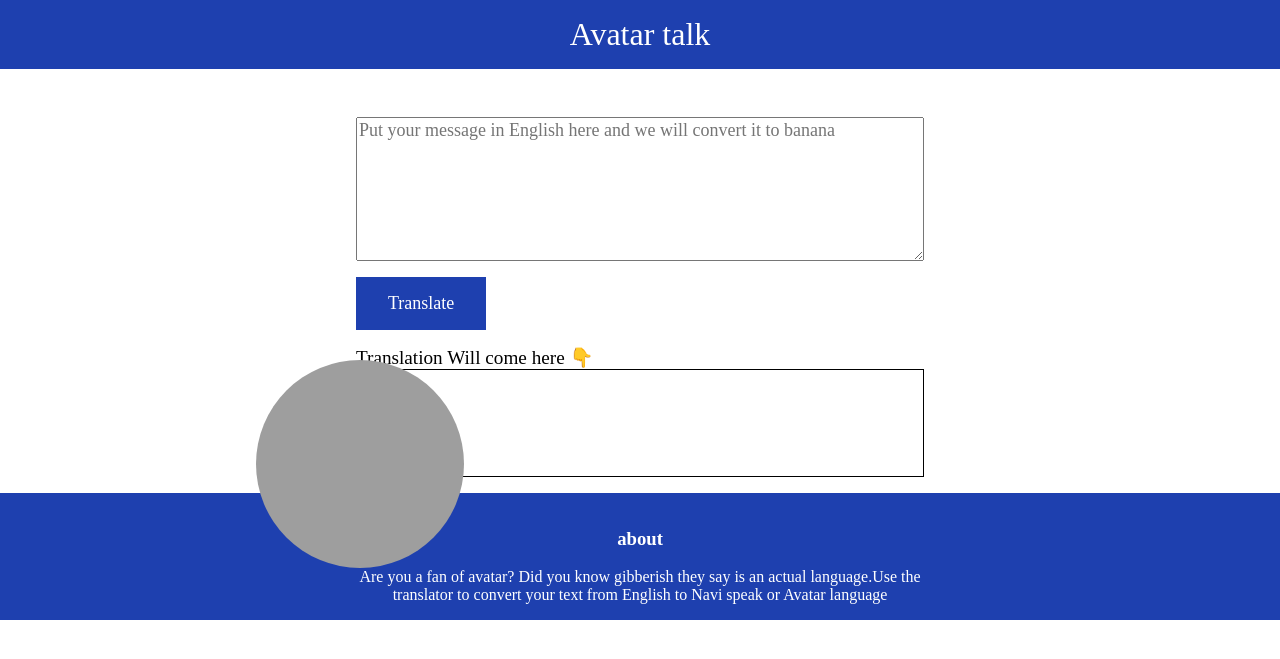
Repository: sohan2503001/Avator-speak
Page: index.html
The author's editor kept a copy of each file at every save. The page is drawn from the files as they stood at one save, then again after a run of saves.
The browser window is 1280 px wide. The pictures show the whole page.
Pictures or frames that could not be fetched are drawn as grey boxes.

Above is the page before, as saved 2021-04-21 13:27:01.

### index.html
<!DOCTYPE html>
<html lang="en">

<head>
    <meta charset="UTF-8">
    <meta http-equiv="X-UA-Compatible" content="IE=edge">
    <meta name="viewport" content="width=device-width, initial-scale=1.0">
    <title>Avatar Speak</title>
    <link rel="stylesheet" href="style.css">
</head>

<body>
    <nav>
        <div class="head">Avatar talk</div>
    </nav>

    <main>
        <img src="https://wallpaper-mania.com/wp-content/uploads/2018/09/High_resolution_wallpaper_background_ID_77701153922.jpg" alt="avator image" >
        <textarea id="txt-input"
            placeholder="Put your message in English here and we will convert it to banana"></textarea>
        <button id="btn-translate">Translate</button>
        <div style="font-size: larger;">Translation Will come here 👇</div>
        <div id="output"></div>
    </main>

    <footer class="footer">
        <h3 >about</h3>
        <p >Are you a fan of avatar? Did you know gibberish they
            say is an actual language.Use the translator to convert
            your text from English to Navi speak or Avatar language</p>
    </footer>
    <script src="app.js" type="text/javascript"></script>
</body>

</html>

### style.css
@import url('https://fonts.googleapis.com/css2?family=Ubuntu+Mono:ital@1&display=swap');

* {
    box-sizing: border-box;
}

:root{
    --primary-color:#1E40AF;
    --width-break:600px;
    --secondary-color:white;
}

body{
    margin: 0;
    font-family: 'Ubuntu' , cursive;
}

/**header**/
nav{
    background-color: var(--primary-color);
    text-align: center;
    margin: 0;
}

.head{
    font-size: 2rem;
    padding: 1rem;
    color: var(--secondary-color);
}

/**Center**/
main{
    margin: auto;
    padding: 1rem;
    max-width: var(--width-break);
}

img{
    position: absolute;
    height: 13rem;
    width: 13rem;
    border-radius: 15rem;
    border: none;
    left: 20%;
    top: 50%;
}

textarea{
    box-sizing: border-box;
    width: 100%;
    min-height: 20vh;
    display: block;
    margin-top: 2rem;
    font-family: inherit;
    font-size: large;
}

#btn-translate{
    padding: 1rem 2rem;
    margin: 1rem 0rem;
    background-color: var(--primary-color);
    border: none;
    color: var(--secondary-color);
    font-family: 'Ubuntu' , cursive;
    font-size: large;
}

#output{
    box-sizing: border-box;
    border: 1px solid black;
    min-height: 15vh;
    max-height: 20vh;
    width: 100%;
    font-size: large;
}

/**footer**/
footer{
    background-color: var(--primary-color);
    margin: 0;
    padding: 1rem;
    width: 100%;
    bottom: 0;
    text-align: center;
}

.footer h3{
    color: var(--secondary-color);
}

footer p{
    color: var(--secondary-color);
    margin: auto;
    max-width: var(--width-break);
}

### app.js
var btnTranslate = document.querySelector("#btn-translate");
var txtInput = document.querySelector("#txt-input");
var outputDiv = document.querySelector("#output");

var serverURL = "https://api.funtranslations.com/translate/navi.json"

function getTranslationURL(text) {
    return serverURL + "?" + "text=" + text
}

function clickHandler() {
    var inputText = txtInput.value;
    fetch(getTranslationURL(inputText))
        .then(response => response.json())
        .then(json => {
            var translatedText = json.contents.translated;
            outputDiv.innerHTML = translatedText;
        })
};

btnTranslate.addEventListener("click", clickHandler);

After the next 2 saves:
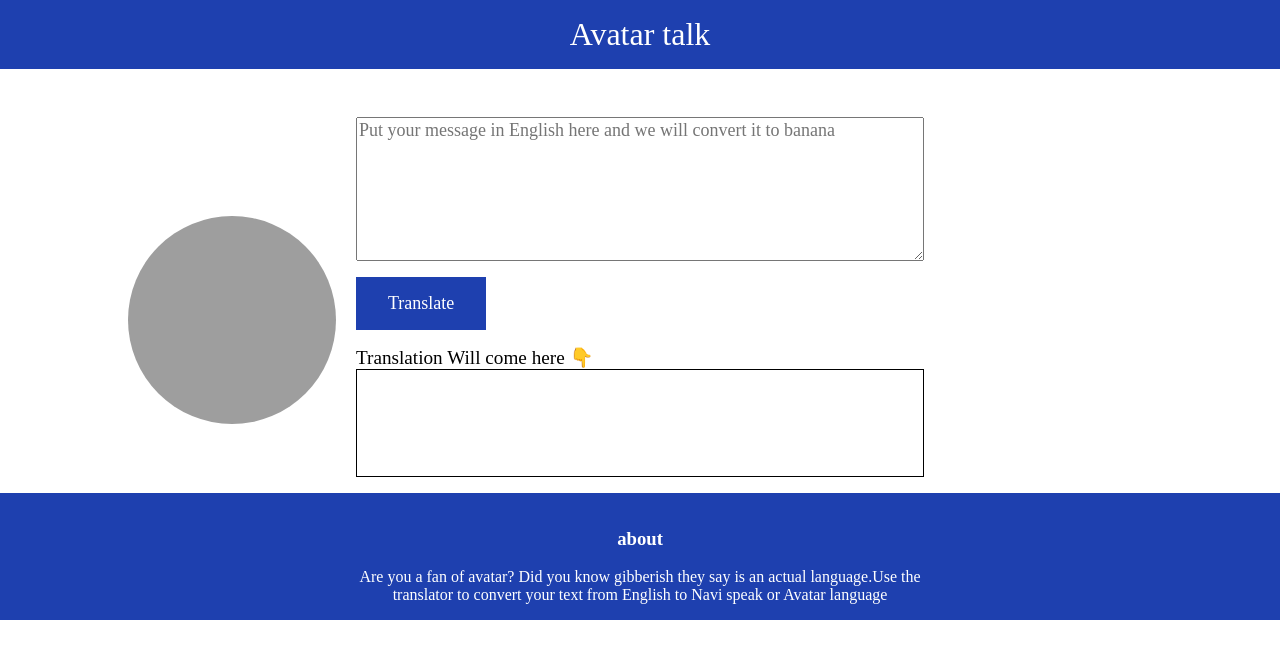
The 2 saves are shown as one change because they came seconds apart.
The last was saved 6 s later.
--- a/style.css
+++ b/style.css
@@ -41,8 +41,8 @@
     width: 13rem;
     border-radius: 15rem;
     border: none;
-    left: 20%;
-    top: 50%;
+    left: 10%;
+    top: 30%;
 }
 
 textarea{
